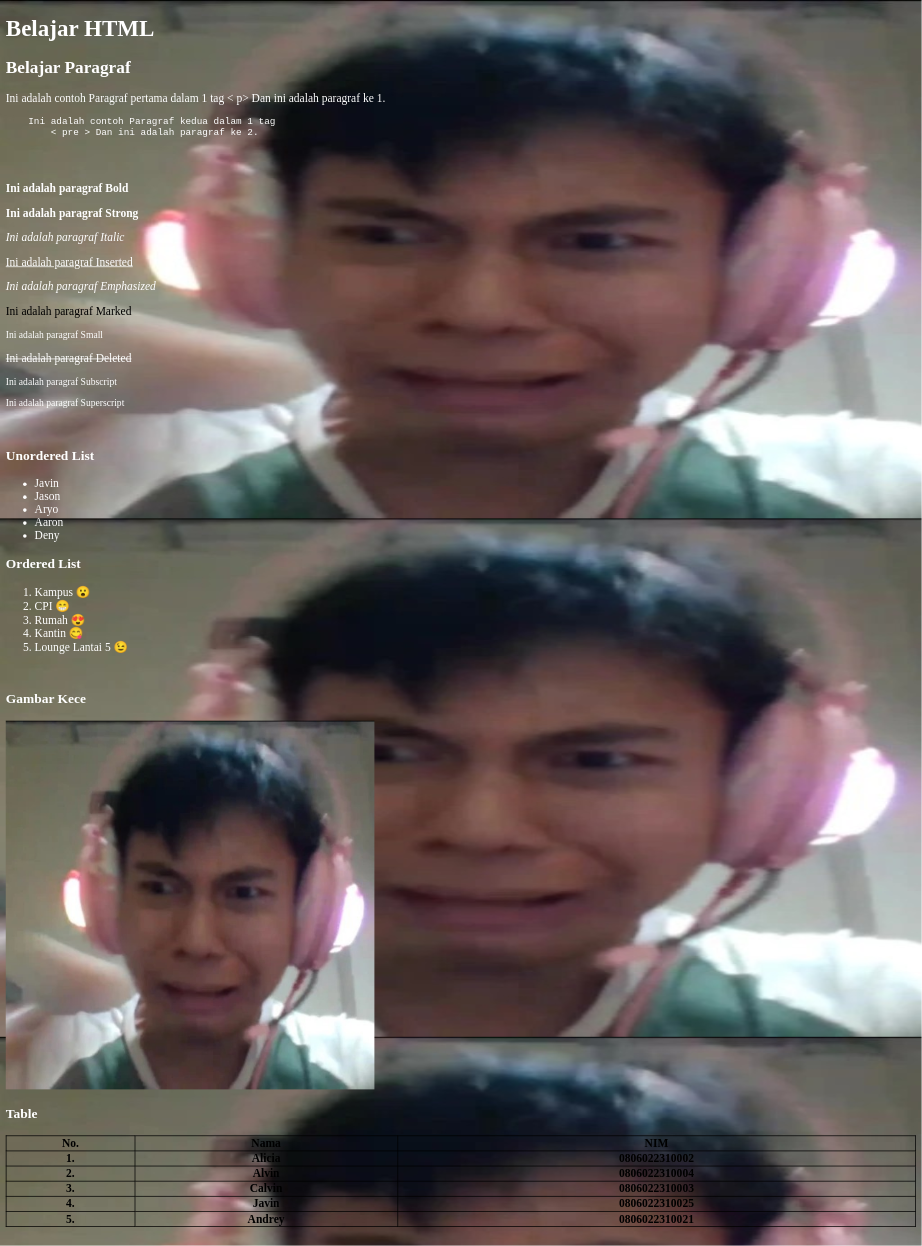
Repository: Gibekkk/WebPro
Page: Tugas HTML 1/index.html
An editor plug-in stored every save of this project. The page is shown before and after a run of saves, followed by the edit.
The browser window is 1280 px wide. The pictures show the whole page, at 72% of full size.
Backgrounds fixed to the window are drawn as part of the page.

Above is the page before, as saved 2024-03-25 10:36:58.

### Tugas HTML 1/index.html
<!DOCTYPE html>
<html lang="en">

<head>
    <meta charset="UTF-8">
    <meta name="viewport" content="width=device-width, initial-scale=1.0">
    <title>Document</title>
    <style>
        table,
        td,
        tr,
        th {
            border: 1px solid black;
            color: black;
            font-weight: 600;
            border-collapse: collapse;
        }

        table {
            width: 100%;
            text-align: center;
        }
    </style>
</head>

<body style="background-image: url(javin.jpg); background-repeat: no-repeat; background-size: 100%; background-attachment: fixed; color: white">
    <h1>Belajar HTML</h1>
    <h2>Belajar Paragraf</h2>
    <p>Ini adalah contoh Paragraf pertama dalam 1 tag
        < p> Dan ini adalah paragraf ke 1.</p>
    <pre>
    Ini adalah contoh Paragraf kedua dalam 1 tag
        < pre > Dan ini adalah paragraf ke 2.
    </pre>
    <br>

    <b>
        <p>Ini adalah paragraf Bold</p>
    </b>
    <strong>
    <p>Ini adalah paragraf Strong</p>
    </strong>
    <i>
    <p>Ini adalah paragraf Italic</p>
    </i>
    <ins>
    <p>Ini adalah paragraf Inserted</p>
    </ins>
    <em>
    <p>Ini adalah paragraf Emphasized</p>
    </em>
    <mark>
        <p>Ini adalah paragraf Marked</p>
    </mark>
    <small>
        <p>Ini adalah paragraf Small</p>
    </small>
    <del>
        <p>Ini adalah paragraf Deleted</p>
    </del>
    <sub>
        <p>Ini adalah paragraf Subscript</p>
    </sub>
    <sup>
        <p>Ini adalah paragraf Superscript</p>
    </sup>
    <br>

    <h3>Unordered List</h3>
    <ul>
        <li>Javin</li>
        <li>Jason</li>
        <li>Aryo</li>
        <li>Aaron</li>
        <li>Deny</li>
    </ul>
    <h3>Ordered List</h3>
    <ol>
        <li>Kampus 😮</li>
        <li>CPI 😁</li>
        <li>Rumah 😍</li>
        <li>Kantin 😋</li>
        <li>Lounge Lantai 5 😉</li>
    </ol>
    <br>

    <h3>Gambar Kece</h3>
    <img src="javin.jpg" alt="Javin" title="Javin">
    <br>

    <h3>Table</h3>
    <table>
        <tr>
            <th>No.</th>
            <th>Nama</th>
            <th>NIM</th>
        </tr>
        <tr>
            <td>1.</td>
            <td>Alicia</td>
            <td>0806022310002</td>
        </tr>
        <tr>
            <td>2.</td>
            <td>Alvin</td>
            <td>0806022310004</td>
        </tr>
        <tr>
            <td>3.</td>
            <td>Calvin</td>
            <td>0806022310003</td>
        </tr>
        <tr>
            <td>4.</td>
            <td>Javin</td>
            <td>0806022310025</td>
        </tr>
        <tr>
            <td>5.</td>
            <td>Andrey</td>
            <td>0806022310021</td>
        </tr>
    </table>
    <br>

</body>

</html>

After the next 3 saves:
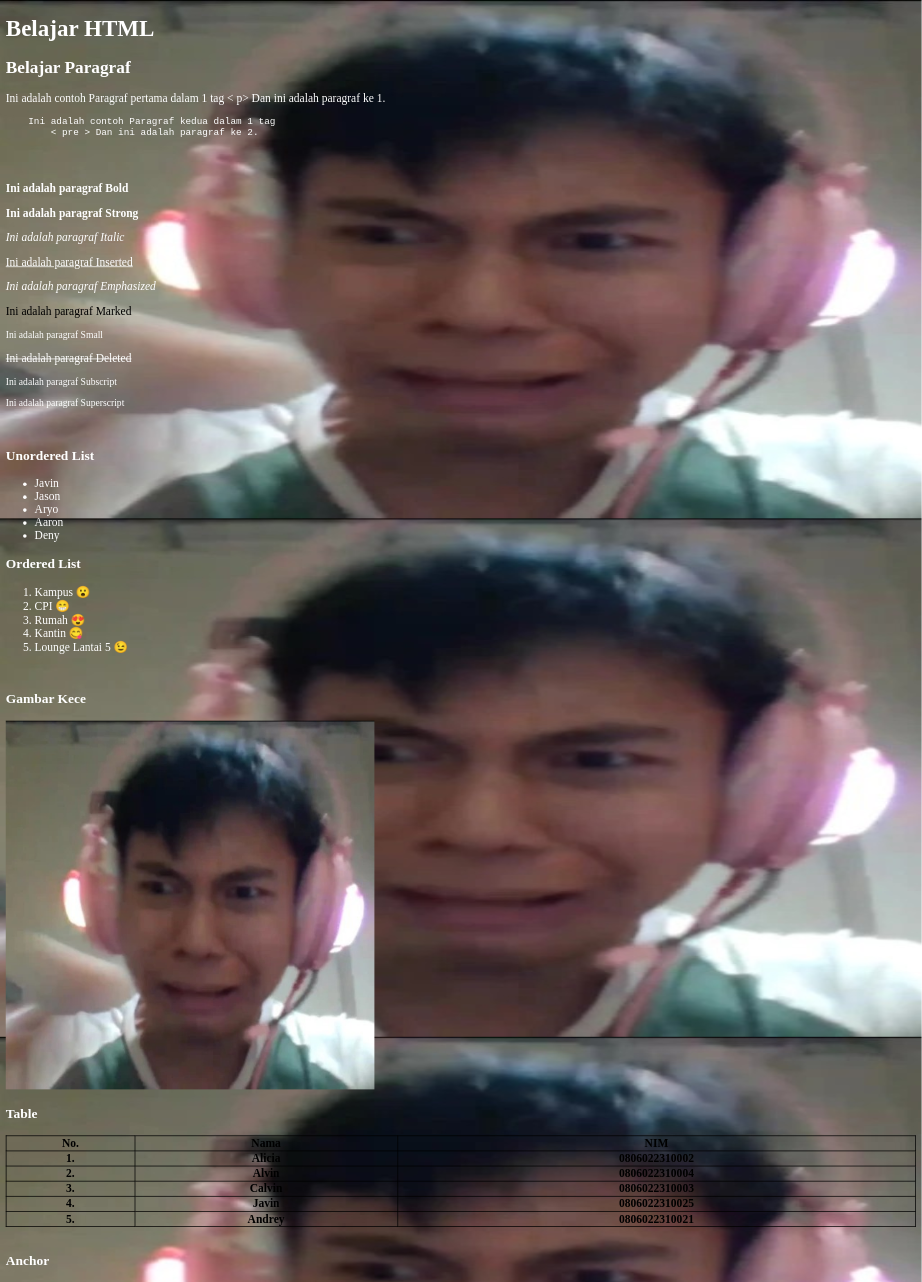
The 3 saves are shown as one change because they came seconds apart.
The last was saved 17 s later.
--- a/Tugas HTML 1/index.html
+++ b/Tugas HTML 1/index.html
@@ -123,6 +123,8 @@
     </table>
     <br>
 
+    <h3>Anchor</h3>
+    <a></a>
 </body>
 
 </html>
